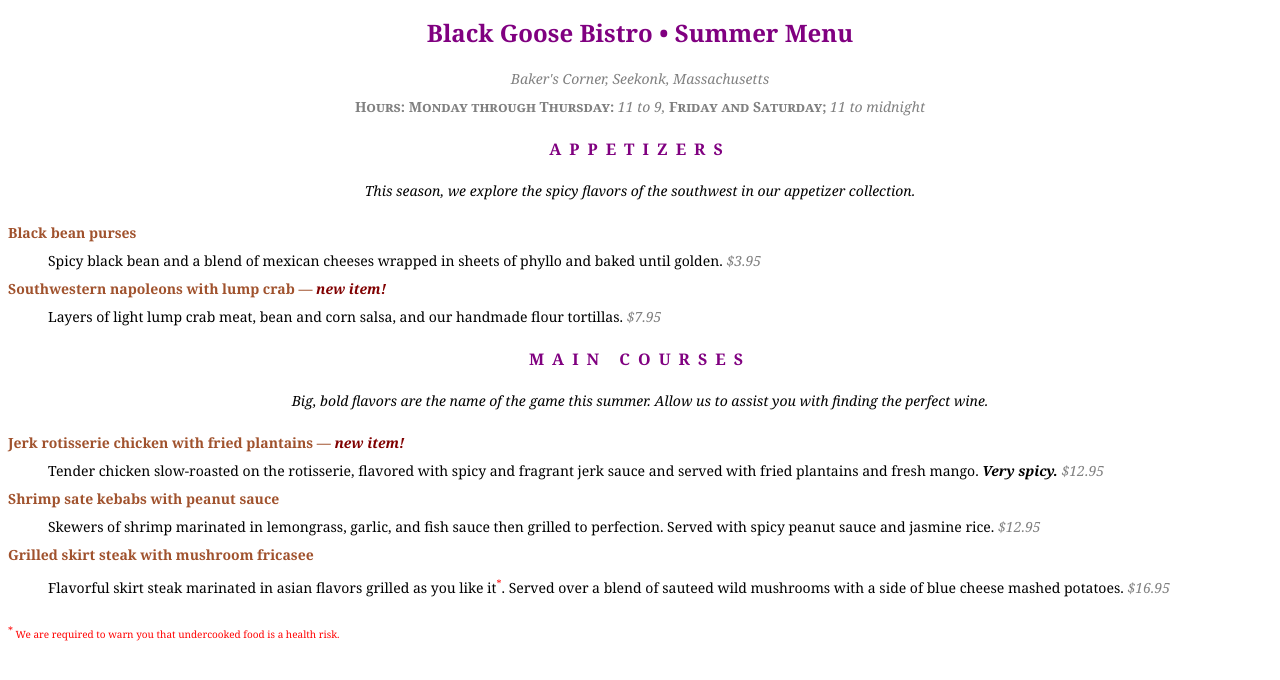
Repository: Lithium87/WebDesign
Page: Bistro/menu.html
The author's editor kept a copy of each file at every save. The page is drawn from the files as they stood at one save, then again after the next save.
The browser window is 1280 px wide. The pictures show the whole page.
Some web fonts or font styles are not loaded; a fallback is used.

Above is the page before, as saved 2020-04-14 11:24:28.

After the next save:
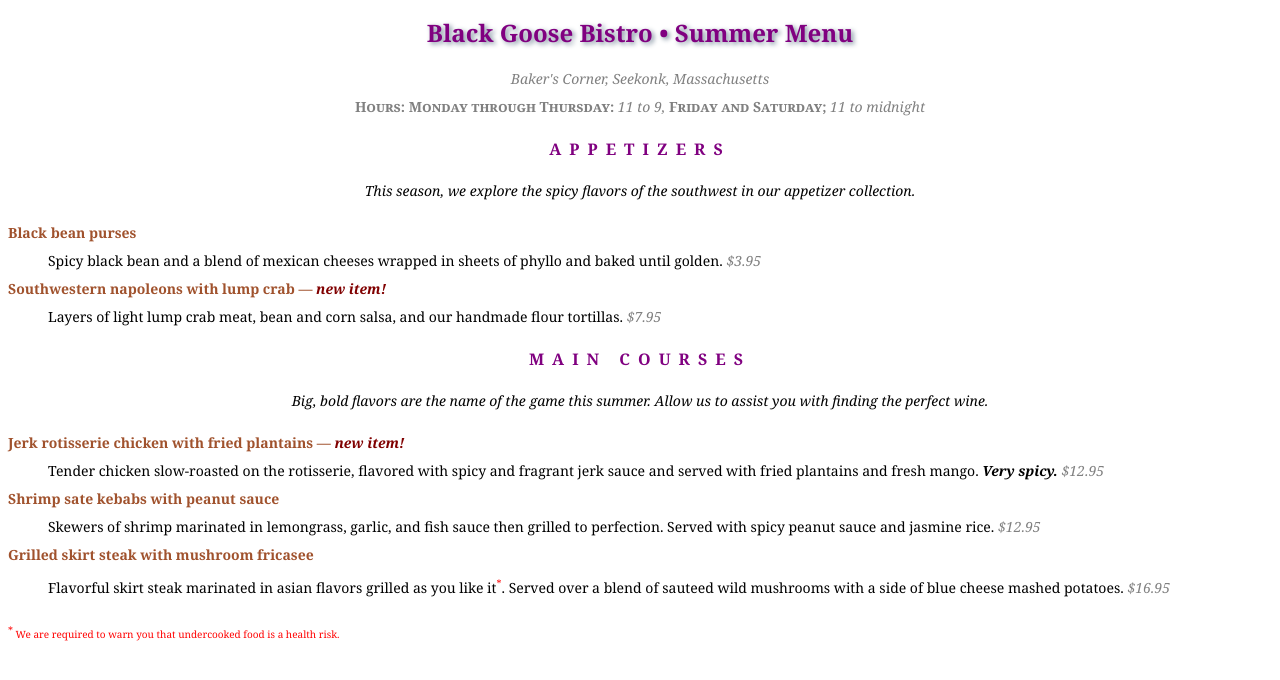
Saved 86 s later.
--- a/Bistro/menu.html
+++ b/Bistro/menu.html
@@ -15,6 +15,7 @@
         h1 {
             font: bold 1.5em "Marko One", Georgia, serif;
             color: purple;
+            text-shadow: 0.1em 0.1em 0.2em lightslategray;
         }
 
         h2 {
